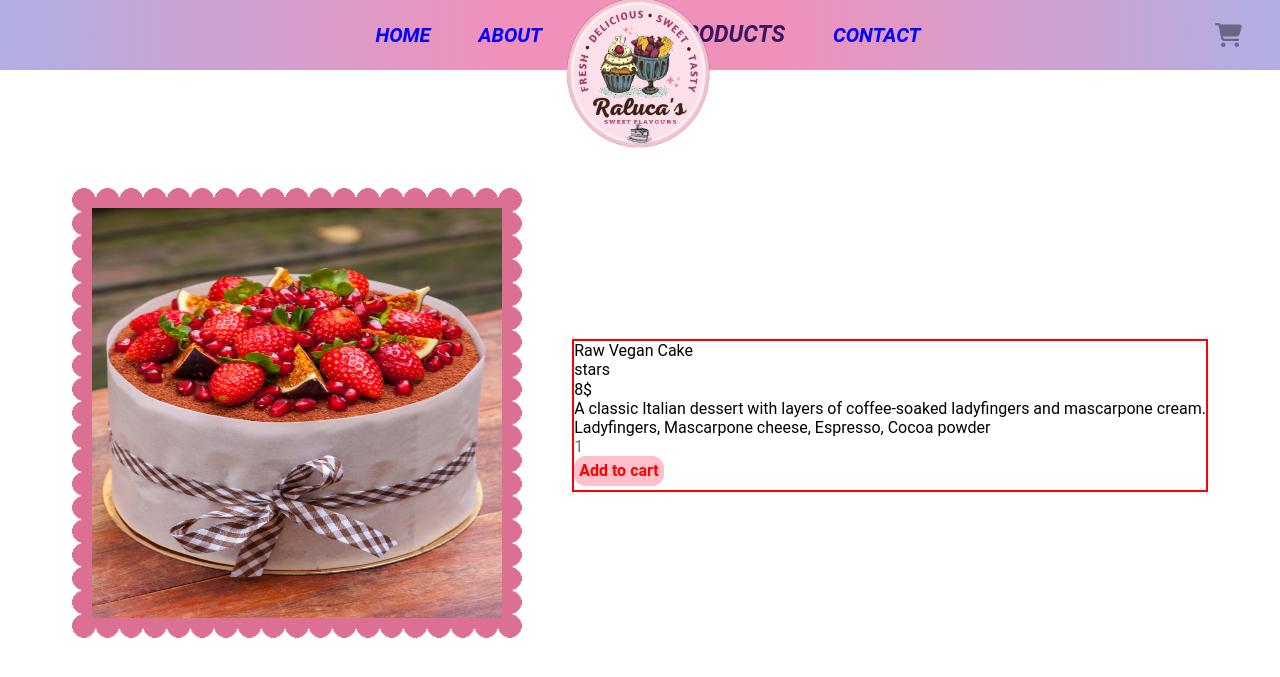
Repository: RalucaZota/cakeshop
Page: /products
These files come from the project's save history. The page is drawn as it stood at one moment and after the next save; the edit follows.
The browser window is 1280 px wide. The pictures show the whole page.
The project was rebuilt for these pictures with package versions that can differ from the ones it lists, and the page was loaded fresh each time. Requests to the local data server were answered from the project's data file. Also part of the build but not shown: vite.config.js, src/components/FavoriteProduct.vue, src/data.js, src/components/ProductItem.vue, src/components/Testimonials.vue, src/views/Home.vue, src/components/StaffComponent.vue, src/components/CommentBox.vue and 3 more.

Above is the page before, as saved 2023-07-01 11:46:14.

### index.html
<!DOCTYPE html>
<html lang="en">
  <head>
    <meta charset="UTF-8">
    <link rel="icon" href="/favicon.ico">
    <meta name="viewport" content="width=device-width, initial-scale=1.0">
    <title>Vite App</title>
  </head>
  <body>
    <div id="app"></div>
    <script type="module" src="/src/main.js"></script>

  </body>
</html>

### src/main.js
import './assets/main.css'
import{ createApp } from "vue";
import App from './App.vue'
import router from './router'

import { library } from '@fortawesome/fontawesome-svg-core'
import { FontAwesomeIcon } from '@fortawesome/vue-fontawesome'
import { faBars } from '@fortawesome/free-solid-svg-icons'
import { faXmark } from '@fortawesome/free-solid-svg-icons'
import { faCartShopping } from '@fortawesome/free-solid-svg-icons'

import 'vuetify/styles'
import { createVuetify } from 'vuetify'
import * as components from 'vuetify/components'
import * as directives from 'vuetify/directives'

const vuetify = createVuetify({
    components,
    directives,
  })
library.add(faBars, faXmark, faCartShopping)

createApp(App)
.component('font-awesome-icon', FontAwesomeIcon).use(router, vuetify)
.mount('#app')

### src/assets/main.css
@import './base.css';

#app {
  margin: 0 auto;

  font-weight: normal;
}

html{
  line-height: 1.2 !important;
}

### src/App.vue
<script setup>
import Navbar from "./components/Navbar.vue"


</script>

<template>
<navbar/>


</template>

<style scoped>

</style>

### src/router/index.js
import { createRouter, createWebHistory } from 'vue-router'

const router = createRouter({
  history: createWebHistory(import.meta.env.BASE_URL),
  routes: [
    {
      path: '/',
      name: 'home',
      component: () => import('../views/Home.vue')
    },
    { path: '/about', name: 'about', component: () => import('../views/About.vue') },
    { path: '/products', name: 'products', component: () => import('../views/Products.vue') },
    { path: '/contact', name: 'contact', component: () => import('../views/Contact.vue') }
    // route level code-splitting
    // this generates a separate chunk (About.[hash].js) for this route
    // which is lazy-loaded when the route is visited.
  ]
})

export default router

### src/assets/base.css
/* color palette from <https://github.com/vuejs/theme> */
:root {
  --vt-c-white: #ffffff;
  --vt-c-white-soft: #f8f8f8;
  --vt-c-white-mute: #f2f2f2;

  --vt-c-black: #181818;
  --vt-c-black-soft: #222222;
  --vt-c-black-mute: #282828;

  --vt-c-indigo: #2c3e50;

  --vt-c-divider-light-1: rgba(60, 60, 60, 0.29);
  --vt-c-divider-light-2: rgba(60, 60, 60, 0.12);
  --vt-c-divider-dark-1: rgba(84, 84, 84, 0.65);
  --vt-c-divider-dark-2: rgba(84, 84, 84, 0.48);

  --vt-c-text-light-1: var(--vt-c-indigo);
  --vt-c-text-light-2: rgba(60, 60, 60, 0.66);
  --vt-c-text-dark-1: var(--vt-c-white);
  --vt-c-text-dark-2: rgba(235, 235, 235, 0.64);
}

/* semantic color variables for this project */
:root {
  --color-background: var(--vt-c-white);
  --color-background-soft: var(--vt-c-white-soft);
  --color-background-mute: var(--vt-c-white-mute);

  --color-border: var(--vt-c-divider-light-2);
  --color-border-hover: var(--vt-c-divider-light-1);

  --color-heading: var(--vt-c-text-light-1);
  --color-text: var(--vt-c-text-light-1);

  --section-gap: 160px;
}

@media (prefers-color-scheme: dark) {
  :root {
    --color-background: var(--vt-c-black);
    --color-background-soft: var(--vt-c-black-soft);
    --color-background-mute: var(--vt-c-black-mute);

    --color-border: var(--vt-c-divider-dark-2);
    --color-border-hover: var(--vt-c-divider-dark-1);

    --color-heading: var(--vt-c-text-dark-1);
    --color-text: var(--vt-c-text-dark-2);
  }
}

*,
*::before,
*::after {
  box-sizing: border-box;
  margin: 0;
  font-weight: normal;
}

### src/components/Navbar.vue
<template>
  <header :class="{ 'scrolled-nav': scrolledNav }">
    <nav >
      <div class="cart">
          <font-awesome-icon icon="fa-solid fa-cart-shopping" fade size="xl" />
        </div>
      <ul class="navigation" v-show="!mobile">
        <li>
          <RouterLink active-class="active" :to="{ name: 'home' }" class=" link"
            >Home</RouterLink
          >
        </li>
        <li>
          <RouterLink active-class="active" :to="{ name: 'about' }" class=" link"
            >About</RouterLink
          >
        </li>
        <div class="branding">
          <img src="../assets/images/logo.png" alt="logo"/>
        </div>
        <li>
          <RouterLink active-class="active" :to="{ name: 'products' }" class=" link"
            >Products</RouterLink
          >
        </li>
        <li>
          <RouterLink active-class="active" :to="{ name: 'contact' }" class=" link"
            >Contact</RouterLink
          >
        </li>
      </ul>
        <div class="icon">
          <font-awesome-icon icon="fa-solid fa-bars" size="lg" @click="openMobileNav" v-show="!mobileNav && mobile"  class="burger" :class="{'icon-active': mobileNav}"/>
          <font-awesome-icon  v-show="mobileNav" icon="fa-solid fa-xmark" beat size="xl" @click="closeMobileNav" class="close-nav" :class="{'icon-active': mobileNav}"/>
        </div>

      <transition name="mobile-nav">

        <ul v-show="mobileNav" class="dropdown-nav">
          <li>
            <div class="branding">
          <img src="../assets/images/logo.png" alt="logo"/>
        </div>
          </li>
          <li>
            <RouterLink active-class="active" :to="{ name: 'home' }" class="link"
              >Home</RouterLink
            >
          </li>
          <li>
            <RouterLink active-class="active" :to="{ name: 'about' }" class=" link"
              >About</RouterLink
            >
          </li>
          <li>
            <RouterLink active-class="active" :to="{ name: 'products' }" class=" link"
              >Products</RouterLink
            >
          </li>
          <li>
            <RouterLink active-class="active" :to="{ name: 'contact' }" class=" link"
              >Contact</RouterLink
            >
          </li>
        </ul>
      </transition>
    </nav>
  </header>

  <RouterView />
</template>
<script>
import { RouterLink, RouterView } from 'vue-router'
import Home from '../views/Home.vue'
import Products from '../views/Products.vue'
import About from '../views/About.vue'
import Contact from '../views/Contact.vue'
export default {
  name: 'navbar',
  components: {
    Home,
    Products,
    About,
    Contact
  },
  data(){
    return {
      scrolledNav: null,
      mobile: null,
      mobileNav: null,
      windowWidth: null,

    }
  },
  created(){
    window.addEventListener('resize', this.checkScreen);
    this.checkScreen()
  },
  mounted(){
    window.addEventListener('scroll', this.updateScroll)
  },
  methods:{
    openMobileNav(){
      this.mobileNav = true


    },
    closeMobileNav(){
      this.mobileNav = false

    },

    updateScroll(){
      const scrollPosition =  window.scrollY;
      if (scrollPosition > 50){
        this.scrolledNav = true;
        return;
      }
      this.scrolledNav = false
    },
    checkScreen(){
      this.windowWidth = window.innerWidth;
      if( this.windowWidth <= 750){
        this.mobile = true;
        return;
      }
      this.mobile = false;
      this.mobileNav = false;
    }
  }
}
</script>
<style lang="scss">
@import '../styles/Navbar.scss';
</style>

### src/views/Products.vue
<template>
    <div>
        <h1>PRODUCTS</h1>
       <single-product/>
    </div>
</template>
<script>

import SingleProduct from '../components/SingleProduct.vue';
export default {
    name: 'products',
    components:{
        SingleProduct


    }
}
</script>

### src/styles/Navbar.scss
header{
    width: 100%;
    position: fixed;
    transition: 0.5s ease all;
    background-color: transparent;
    z-index: 99;
    color: transparent;
    height: 68px;
    nav{
        display: flex;
        align-items: center;
        justify-content: space-evenly;
        flex-direction: row;
        background: rgb(238,174,202);
        background: rgb(240,145,186);
        background: rgb(240,145,186);
        background: radial-gradient(circle, rgba(240,145,186,1) 21%, rgba(176,175,228,1) 100%);
        transition: 0.5s ease all;
        padding: 5px 0;
        width: 100%;
        margin: 0 auto;
        text-decoration: none;
        position: relative;


        @media (min-width: 1140px) {
            max-width: 1300px;
        }
        @media (max-width: 749px) {
            width: 100%;
            padding: 20px;
        }
        ul,
        .link {
            color: blue;
            list-style: none;
            text-decoration: none;
        }
        li {
            text-transform: uppercase;
            padding: 16px;
            margin-left: 16px;
        }

        .link {
            font-weight: 700;
            font-style:italic;
            font-size: 20px;
            transition: 0.5s ease all;
            padding-bottom: 4px;
            border-bottom:  2px solid transparent;
            &:hover {
                color: #125159;
                border-color: purple;
            }
        }
        .branding {
            display: flex;
            align-items: center;
            margin-left: 80px;
            @media (max-width: 749px) {
                margin-left: 0px;
            }
            li.img{
                @media (max-width: 749px) {
                    padding-bottom: 0px;
            }
        }
            img {
                width: 150px;
                position: absolute;
                height: 155px;
                left: 44%;
                top: -10%;
                transition: .5s ease all;
                @media (max-width: 749px) {
                    position: relative;
                    width: 80px;
                    height: 80px;
                    left: 11%;
                }
            }
        }

        .active{
        font-weight: bold;
        font-size: 23px !important;
        color: #371563;
        font-weight: 700 !important;
        text-decoration: none;
        font-size: larger;

        }
        .cart{
        position: absolute;
        right: 3%;
        color: black;
        font-weight: 700;
    }
        .navigation {
            display: flex;
            align-items: center;
            flex: 1;
            justify-content: center;
    }
        .icon{
            display: flex;
            align-items: center;
            position: absolute;
            top: 0;
            left: 24px;
            height: 100%;
            color: black;
            transform: rotateZ(180deg);
            .burger{
            cursor: pointer;
            font-size: 24px;
            transition: .8s ease all;

        }
            .close-nav{
                color: black;
                font-weight: 600;
            }
    }
        .icon-active{

            color: red;
            display: inline-block;




    }
        .dropdown-nav{
            display: flex;
            flex-direction: column;
            align-items: center;
            position: fixed;
            width: 100%;
            max-width: 215px;
            height: 100%;
            background: radial-gradient(circle, rgba(240,145,186,1) 21%, rgba(176,175,228,1) 100%);
            top: 4.8%;
            left: 0;
            padding-left: 0px;
            line-height: 5px;
            padding-top: 10px;

            li{
                margin-left: 0;
                .link{
                    color: black;
                    font-weight: 600;
            }
        }

    }
        .mobile-nav-enter-active, .mobile-nav-leave-active {
            transition:  1s ease all;
        }
        .mobile-nav-enter-from, .mobile-nav-leave-to {
            transform: translateX((-250px));
        }
        .mobile-nav-enter-to {
            transform: translateX((0));
        }

}
}
.scrolled-nav{
    // box-shadow: 0 4px 6px -1px rgba(0, 0, 0, 0.1), 0 2px 4px -1px rgba(0, 0, 0, 0.06);
        nav{
            padding: 8px 0;
            .branding{
            // img{
            //     width: 40px;
            //     box-shadow: 0 4px 6px -1px rgba(0, 0, 0, 0.1), 0 2px 4px -1px rgba(0, 0, 0, 0.06);

            // }
        }
    }
}

### src/components/AddtoCartButton.vue
<template>
    <div>
        <a href="#" class="cart-button">
      <span></span>
      <span></span>
      <span></span>
      <span></span>
      Add to cart
    </a>
    </div>
</template>
<script>
export default {
    name: 'AddtoCartButton'
}
</script>
<style >
.cart-button {
    /* border: 2px solid hsl(317 100% 54%); */
    background-color: pink;
    border-radius: 12px;
    font-weight: 600;
    font-size: 16px;
    padding: 5px;
    position: relative;
    display: inline-block;
    color: red;
    text-decoration: none;
    overflow: hidden;
    transition: 0.2s;
}



.cart-button:hover {
    color: #255784;
    background:pink;
    box-shadow: 0 0 10px #2196f3, 0 0 40px #2196f3, 0 0 80px #2196f3;
    transition-delay: 1s;
}


.cart-button span {
    position: absolute;
    display: block;
}




.cart-button span:nth-child(1) {
    top: 0;
    left: -100%;
    width: 100%;
    height: 2px;
    background: linear-gradient(90deg, transparent, #2196f3);
}



.cart-button:hover span:nth-child(1) {
    left: 100%;
    transition: 1s;
}


.cart-button span:nth-child(3) {
    bottom: 0;
    right: -100%;
    width: 100%;
    height: 2px;
    background: linear-gradient(270deg, transparent, #2196f3);
}

.cart-button:hover span:nth-child(3) {
    right: 100%;
    transition: 1s;
    transition-delay: 0.5s;
}



.cart-button span:nth-child(2) {
    top: -100%;
    right: 0;
    width: 2px;
    height: 100%;
    background: linear-gradient(180deg, transparent, #2196f3);
}

.cart-button:hover span:nth-child(2) {
    top: 100%;
    transition: 1s;
    transition-delay: 0.25s;
}



.cart-button span:nth-child(4) {
    bottom: -100%;
    left: 0;
    width: 2px;
    height: 100%;
    background: linear-gradient(360deg, transparent, #2196f3);
}

.cart-button:hover span:nth-child(4) {
    bottom: 100%;
    transition: 1s;
    transition-delay: 0.75s;
}
</style>

### src/components/SingleProduct.vue
<template>
    <article class="product-article" v-for="{id, image, name, price, quantity, description, ingredients} in  singleProduct" :key="id">
        <div class="product-wrapper-div-img">
            <img :src="image" class="single-product-img" />
        </div>
        <div class="product-wrapper-div-details">
            <h3>{{ name }}</h3>
            <div>stars</div>
            <p>{{ price }}</p>
            <p> {{ description }}</p>
            <p> {{ ingredients}}</p>

            <div>
                <input :placeholder="quantity"/>
                <addto-cart-button/>
            </div>
        </div>
    </article>
</template>
<script>

import AddtoCartButton from './AddtoCartButton.vue'
import axios from 'axios'

export default {
    name: 'single-product',
    components:{
        AddtoCartButton

    },
    data(){
    return {
      singleProduct: {},

    }
  },
   async created() {

    try {
    const response = await axios.get('http://localhost:3000/desserts', {
        params: {
            _limit: 1,
        },
    })
    this.response = JSON.stringify(response.data)
    this.singleProduct = response.data
        console.log(response.data)


    } catch (error) {
      console.error(error.message)
    }


  }}

 </script>
 <style>
 @import '../styles/SingleProduct.scss';
 </style>

### src/styles/SingleProduct.scss
.product-article {
  margin-top: 150px;
  display: flex;
  align-items: center;
  justify-content: center;
  gap: 50px;
  flex-direction: row;
  .product-wrapper-div-img {
    .single-product-img {
      width: 450px;
      height: 450px;
      border-radius: 10px;
      border: 20px solid palevioletred;

      --mask: linear-gradient(#000 0 0) 50% / calc(100% - 22.2px) calc(100% - 22.2px) no-repeat,
        radial-gradient(farthest-side, #000 98%, #0000) 0 0/24px 24px round;
      -webkit-mask: var(--mask);
      mask: var(--mask);
    }
  }
  .product-wrapper-div-details {
    border: 2px solid red;
}
  .product-wrapper-div-details h3{
    font-size: 1rem;
    }
}

Loaded but not shown: db.json (255 lines, source omitted)

After the next save:
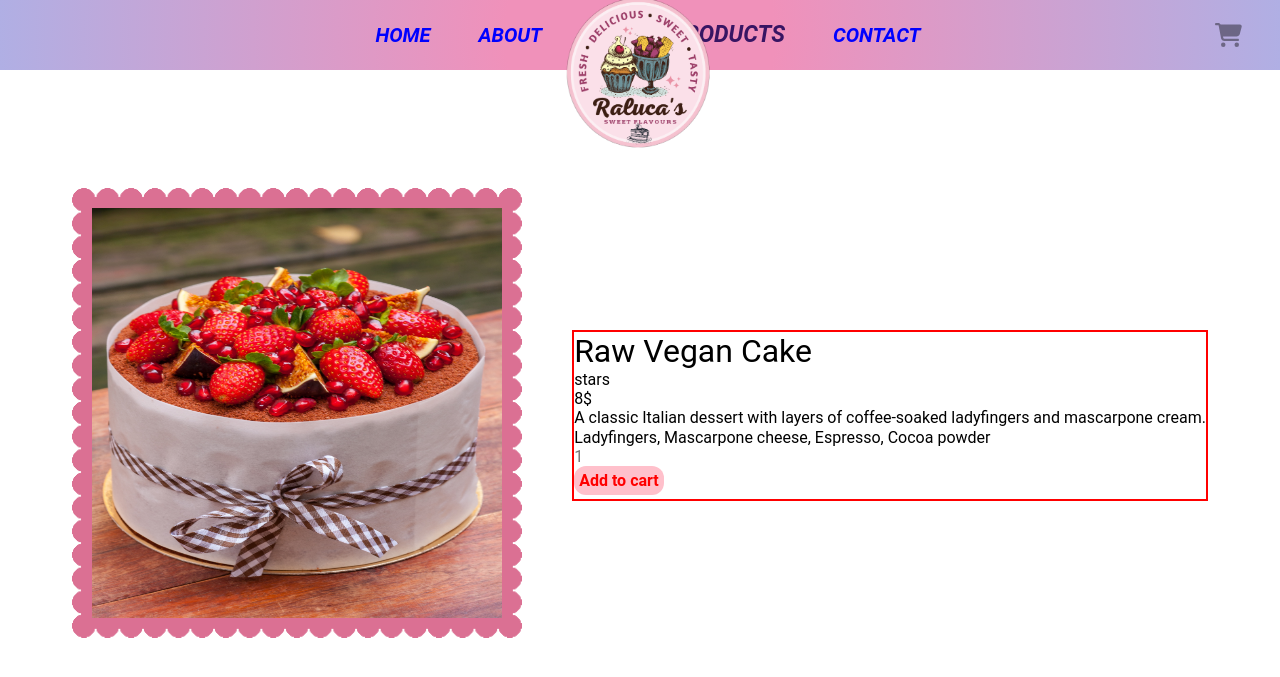
Saved 44 s later.
--- a/src/styles/SingleProduct.scss
+++ b/src/styles/SingleProduct.scss
@@ -22,6 +22,6 @@
     border: 2px solid red;
 }
   .product-wrapper-div-details h3{
-    font-size: 1rem;
+    font-size: 2rem;
     }
 }
